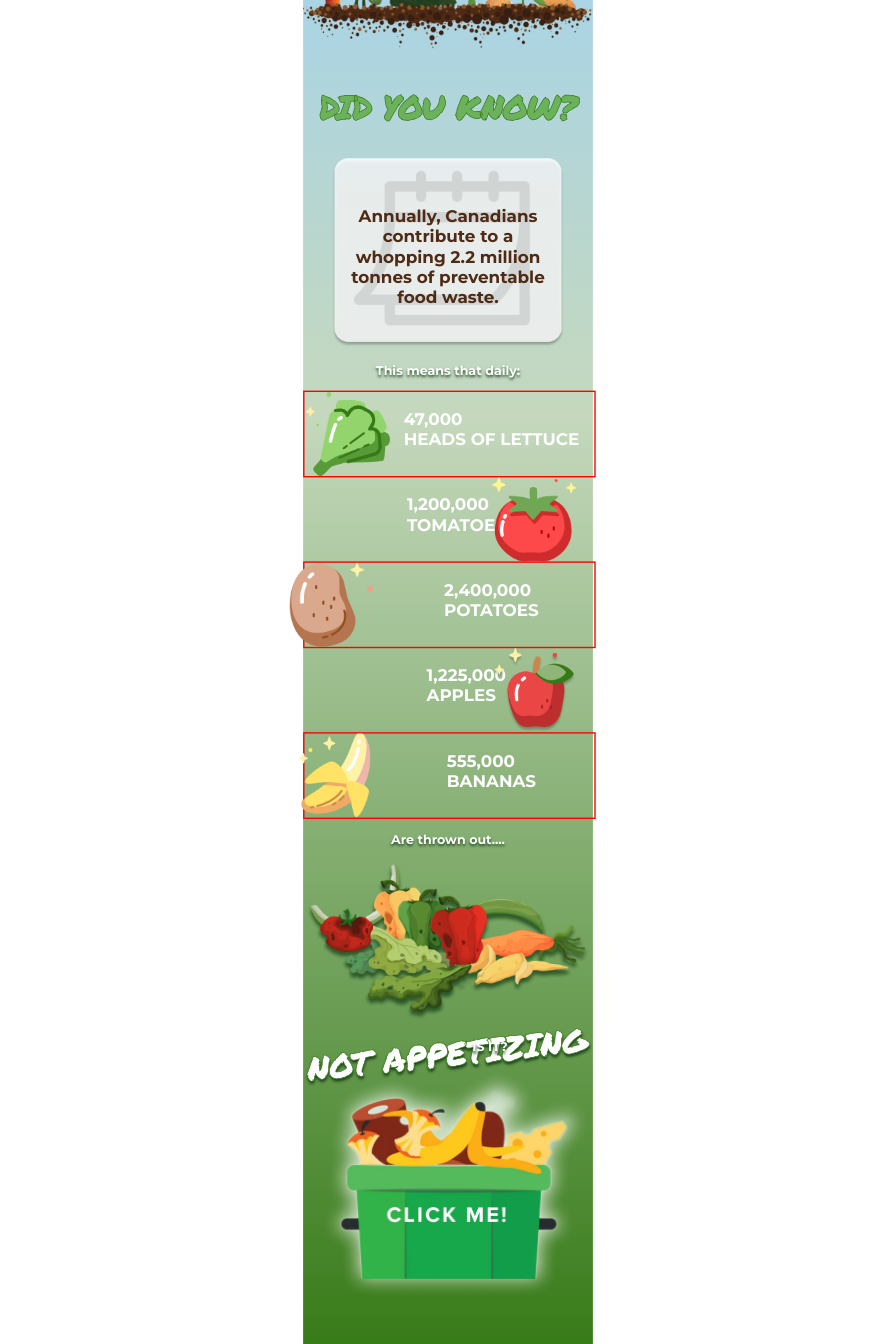
Repository: zoelake/DCDmidterm
Page: page1/index.html
The author's editor kept a copy of each file at every save. The page is drawn from the files as they stood at one save, then again after the next save.
The browser window is 1280 px wide. The pictures show the part of the page from y = 730 to 2650 px (the page is 2650 px tall), at 70% of full size.

Above is the page before, as saved 2021-03-05 20:37:59.

### page1/index.html
<!DOCTYPE html>
<html lang="en">

<head>
    <meta charset="UTF-8">
    <meta http-equiv="X-UA-Compatible" content="IE=edge">
    <meta name="viewport" content="width=device-width, initial-scale=1.0">
    <title>Midterm project</title>
    <link rel="stylesheet" href="./style.css">
    <link rel="preconnect" href="https://fonts.gstatic.com">
    <link href="https://fonts.googleapis.com/css2?family=Montserrat:wght@300&display=swap" rel="stylesheet">
    <link rel="preconnect" href="https://fonts.gstatic.com">
    <link href="https://fonts.googleapis.com/css2?family=Montserrat:wght@300;700&display=swap" rel="stylesheet">
    <link rel="preconnect" href="https://fonts.gstatic.com">
    <link href="https://fonts.googleapis.com/css2?family=Permanent+Marker&display=swap" rel="stylesheet">
</head>

<body>

    <div id="main">
        <img id="cloud" alt="cloud" src="images/cloud.png">
        <img id="graphic1"
            alt="The impact of the food supply chain on our environment & why you should go grow your own food"
            src="images/graphic1.png">
        <img id="garden" alt="veggie garden" src="images/garden.png">
        <h2 id="text-fact">DID YOU KNOW?</h2>
        <img id="calendar" alt="calendar icon" src="images/calendar.png">
        <p id="calendar-text">Annually, Canadians contribute to a whopping 2.2 million tonnes of preventable food waste.
        </p>
        <p class="list-text">This means that daily:</p>

        <div class="produce-left">
            <img class="food" src="./images/lettuce.png">
            <p class="text-left">47,000<br>HEADS OF LETTUCE</p>
        </div>

        <div class="produce-right">
            <p class="text-right">1,200,000<br>TOMATOES</p>
            <img class="food" src="./images/tomatoe.png">
        </div>

        <div class="produce-left">
            <img class="food small-text" src="./images/potatoe.png">
            <p class="text-left">2,400,000<br>POTATOES</p>
        </div>

        <div class="produce-right">
            <p class="text-right">1,225,000<br>APPLES</p>
            <img class="food" src="./images/apple.png">
        </div>

        <div class="produce-left">
            <img class="food small-text" src="./images/banana.png">
            <p class="text-left">555,000<br>BANANAS</p>
        </div>

        <p class="list-text">Are thrown out....</p>

        <img id="rotten-veggies" alt="rotten veggies" src="images/rotten-veggies.png">
        <h2 id="text-waste">NOT APPETIZING</h2>
        <p id="waste" class="list-text">IS IT?</p>

        <img id="basket" alt="shopping basket" src="images/basket.png">


    </div>

</body>

</html>

### page1/style.css
html, body {
  margin:0;
  /* overflow-y: hidden; */
}

body {
  display: flex;
  justify-content: center;
  align-items: center;
}

#main{
  position: relative;
  width: 414px;
  height: 2650px;
  background-image: linear-gradient(#65A9D9, #A7D4E9, #C5D8BD, #7EAA6A, #387B19);
}

img{
    width: 100%;
}

h2{
    text-align: center;
    font-size: 46px;
    left: 4px;
    font-family: 'Permanent Marker', cursive;
    -webkit-text-stroke-width: 1px;
    -webkit-text-stroke-color: #367A17;
}

#text-fact{
    color: #6BB25A;
}

#text-waste{
    color: white;
    text-shadow: 0px 4px 4px #1F471E;
    position: absolute;
    top: 2165px;
    transform: rotate(-6deg);
}

#waste{
    position: relative;
    left: 60px;
}

#calendar{
    width: 80%;
    padding: 0 10%;
}

#calendar-text{
    position: absolute;
    width: 76%;
    padding: 0 12%;
    text-align: center;
    top: 1000px;
    z-index: 2;
    color: #4F2B15;
}

p{
    color: white;
    font-family: 'Montserrat', sans-serif;
    font-weight: 900;
    font-size: 24px;
}

.list-text{
    font-size: 18px;
    text-align: center;
    text-shadow: 0px 4px 4px #1F471E;
}

.produce-left{
    display: flex;
    flex-direction: row;
    justify-content: center;
    left: 0;
    width: 100%;
    border: 2px solid red;
    /* padding-left: 10px; */
}

.produce-right{
    display: flex;
    position: relative;
    flex-direction: row;
    justify-content: right;
    width: 65%;
    right: -34%;
    /* padding-right: 10px; */
}

.food{
   position: relative;
   width: 120px;
   height: 120px;
   left: -20px;
}

.left-text, .right-text{
    font-size: 18px;
}

.left-text {
    text-align: left;
}

.small-text{
    left: -100px;
}

After the next save:
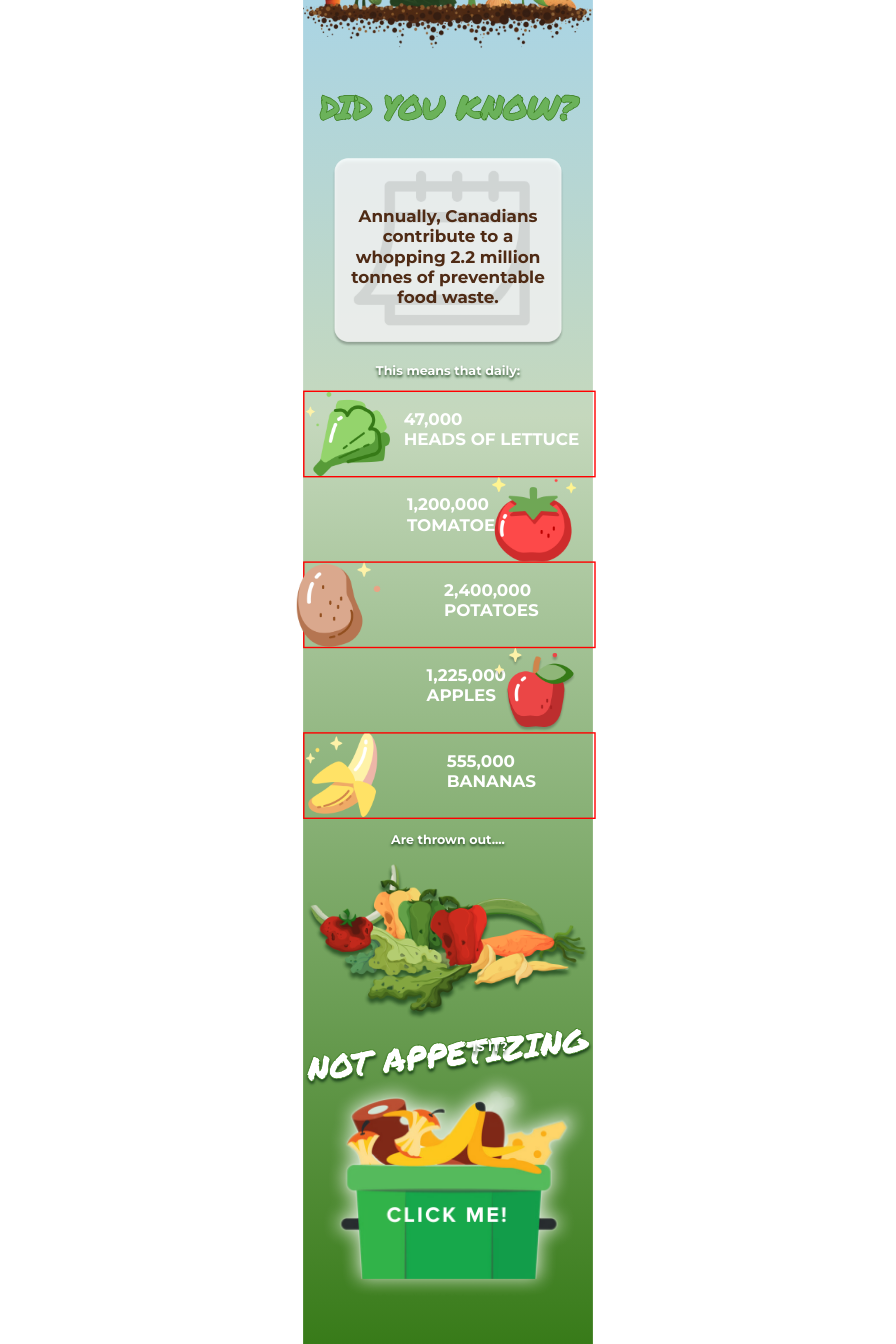
Saved 9 s later.
--- a/page1/style.css
+++ b/page1/style.css
@@ -110,5 +110,5 @@ p{
 }
 
 .small-text{
-    left: -100px;
+    left: -90px;
 }
